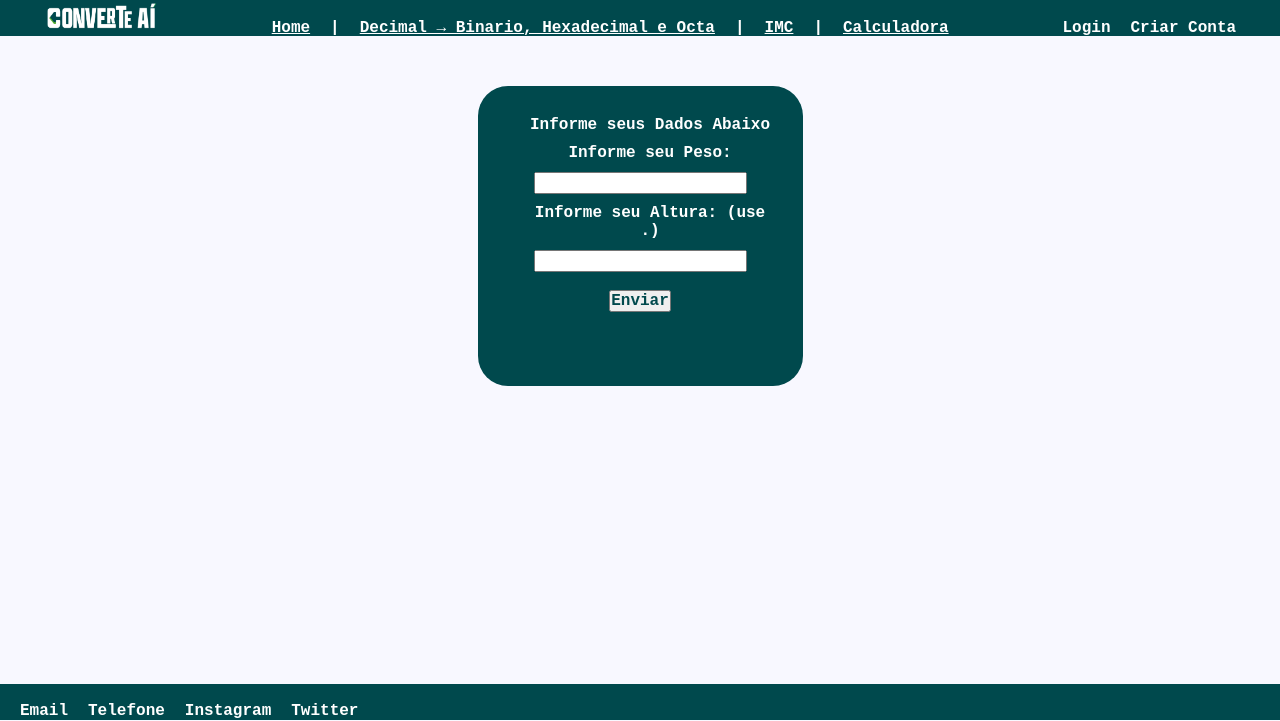
Repository: Frav1u/converteai
Page: ConverteAi/src/main/webapp/imc.html
These files come from the project's save history. The page is drawn as it stood at one moment and after the next save; the edit follows.
The browser window is 1280 px wide. The pictures show the whole page.
Some web fonts or font styles are not loaded; a fallback is used.

Above is the page before, as saved 2023-10-02 21:56:14.

After the next save:
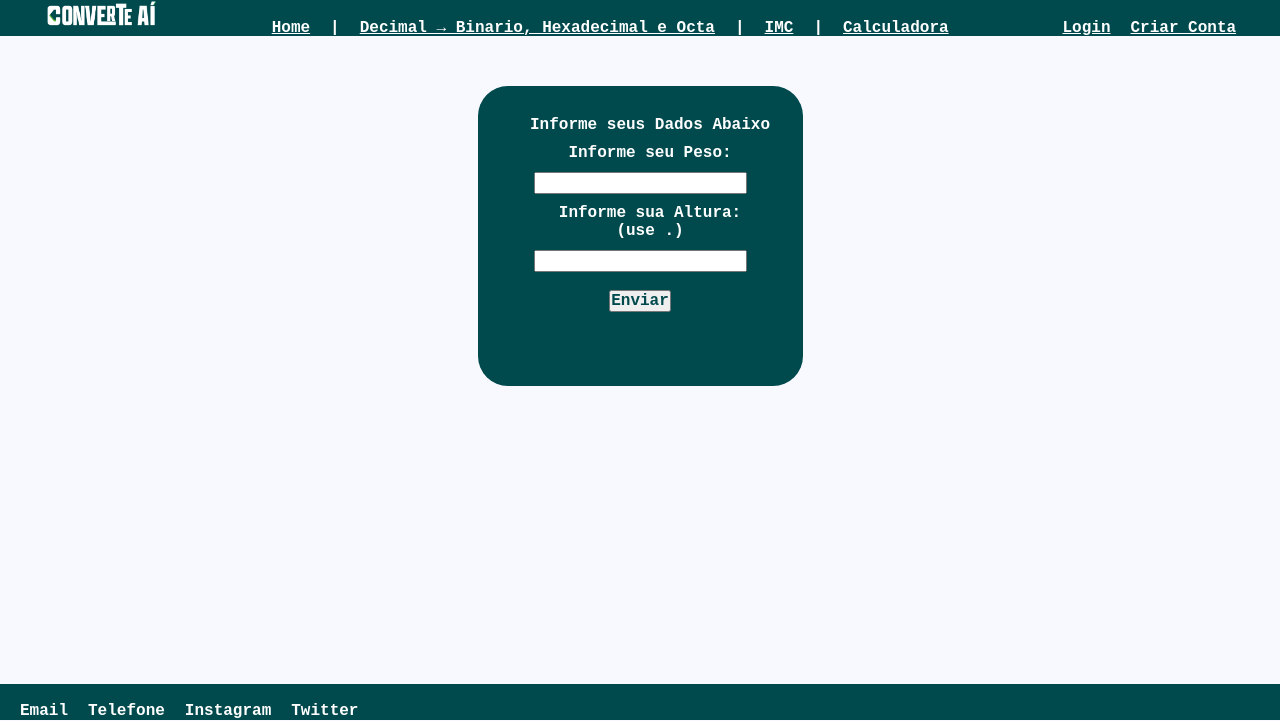
Saved 29 s later.
--- a/ConverteAi/src/main/webapp/imc.html
+++ b/ConverteAi/src/main/webapp/imc.html
@@ -11,8 +11,8 @@
 </head>
 <body>
 		<header>
-			<img class="img" src="logo.png">
-		<nav>
+			<a href="home.html"><img class="img" src="logo.png"></a>
+			<nav>
 			<ul class="menu">
 				<li><a href="home.html">Home</a></li>
 				<li>  |  </li>
@@ -24,8 +24,8 @@
 			</ul>
 		</nav>
 			<ul class="conta">
-			<li>Login</li>
-			<li>Criar Conta</li>
+				<li><a href="login.html" style="color: white;">Login</a></li>
+				<li><a href="cadastro.html">Criar Conta</a></li>
 		</ul>
 	</header>
 
@@ -38,10 +38,10 @@
 <div class="caixa">
 <form action = "receber.jsp">
 	<ul>
-		<li class="info">Informe seus Dados Abaixo</li>
-		<li class="li1">Informe seu Peso:</li>
+		<li class="info"><p>Informe seus Dados Abaixo</p></li>
+		<li class="li1"><p>Informe seu Peso: </p></li>
 		<input class="li2" type="text" id="peso" name="peso">
-		<li class="li1">Informe seu Altura: (use .)</li>
+		<li class="li1"><p>Informe sua Altura: <br>(use .)</p></li>
 		<input class="li2" type="text" id="altura" name="altura">
 	</ul>
 	<br>
